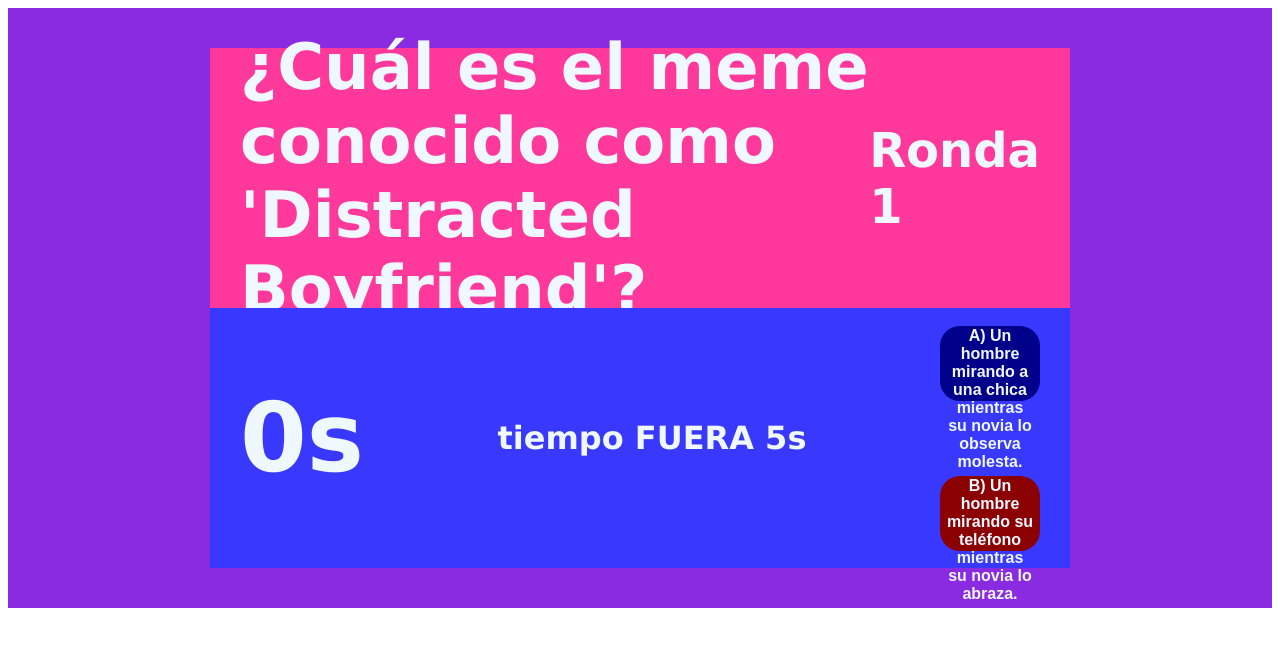
Repository: eschala/Proyecto_Clonaci-n_Kahoot_2023-2
Page: Borrador_Samir_Kahoot_NEW/Prueaba_Validar.html
The author's editor kept a copy of each file at every save. The page is drawn from the files as they stood at one save, then again after a run of saves.
The browser window is 1280 px wide. The pictures show the whole page.

Above is the page before, as saved 2023-11-29 15:16:18.

### Borrador_Samir_Kahoot_NEW/Prueaba_Validar.html
<!DOCTYPE html>
<html lang="en">

<head>
    <meta charset="UTF-8">
    <meta name="viewport" content="width=device-width, initial-scale=1.0">
    <title>Document</title>
    <style>

    </style>
    <link rel="stylesheet" href="stylePrueba.css">

</head>

<body>
    <div class="container">

        <div class="sectionContainer">

            <h1 class="tituloClass">
                pregunta
            </h1>
            <h2 class="aviso">
                ()
            </h2>

            <div class="section_Buttons">
                <div class="btn_content"><button type="button" class="btn_1 botones">opcion A</button></div>
                <div class="btn_content"><button type="button" class="btn_2 botones">opcion B</button></div>



        </div>
            </div>
            <div class="sectionContainer_2">

                <h1 class="Pregunta_S">insertar pregunta</h1>
                <h1 class="aviso_S">aviso</h1>
            </div>

    </div>

    <script src="respuesta_VALIDAR.js"></script>
</body>

</html>

### Borrador_Samir_Kahoot_NEW/stylePrueba.css
.container {
    font-family: Verdana, Geneva, Tahoma, sans-serif;

    width: 100%;
    height: 600px;
    background-color: blueviolet;

    display: flex;
    flex-direction: column;

    align-items: center;
    justify-content: center;

}

.sectionContainer {

    height: 200px;
    width: 800px;

    background-color: rgb(56, 56, 255);

    display: flex;
    justify-content: space-between;
    align-items: center;
    color: aliceblue;

    font-size: 3rem;
    padding: 30px;

    order: 1;
}
.sectionContainer_2 {

    height: 200px;
    width: 800px;

    background-color: rgb(255, 56, 156);

    display: flex;
    justify-content: space-between;
    align-items: center;
    color: aliceblue;

    font-size: 3rem;
    padding: 30px;

    order: 0;
}

.sub_Container_2 {

    height: 200px;
    width: 800px;

    background-color: red;

    display: flex;

}

.btn_content {
    height: 150px;
    width: 100px;
    display: flex;

    align-items: center;
    justify-content: center;

    cursor: pointer;
}

.btn_1 {
    width: 100%;
    height: 50%;

    background-color:darkblue;
}

.btn_2 {
    width: 100%;
    height: 50%;

    background-color:darkred;
}

.botones:hover{

    opacity: 50%;
    cursor: pointer;
}

.botones{

    font-weight: 700;


    color:aliceblue;
    font-size: 1rem;
    cursor: pointer;

    border-radius: 20px;
    border: 0px;
}

.aviso_S{
    font-family: Verdana, Geneva, Tahoma, sans-serif;
    font-size: 3rem;
}
.Pregunta_S{
    font-size: 4rem;
}

### Borrador_Samir_Kahoot_NEW/respuesta_VALIDAR.js
const container_E=document.querySelector(".container");
const sectionContainer_E=document.querySelector(".sectionContainer");
const sub_Container_2_E=document.querySelector(".sub_Container_2");
const btn_1_E=document.querySelector(".btn_1");
const btn_2_E=document.querySelector(".btn_2");
const h2_E=document.querySelector(".aviso");
const tituloClass_E=document.querySelector(".tituloClass");

/* const container_element=".container";
const sectionContainer_element=".sectionContainer";
const sub_Container_2_element=".sub_Container_2";
const btn_1_element=".btn_1";
const btn_2_element=".btn_2";
const h2_element=".aviso";
const tituloClass_element=".tituloClass";

container_element=document.querySelector(container_element);
sectionContainer_element=document.querySelector(sectionContainer_element);
sub_Container_2_element=document.querySelector(sub_Container_2_element);
btn_1_element=document.querySelector(btn_1_element);
btn_2_element=document.querySelector(btn_2_element);
h2_element=document.querySelector(h2_element);
tituloClass_element=document.querySelector(tituloClass_element);
 */
   var contar_S=0;
   var contar_R=0;
   var vacio=0;
var segundos =5;

var contar_2=0;
const intervalo=1000;

const pregunta_E=document.querySelector(".Pregunta_S");
const aviso_E=document.querySelector(".aviso_S");

h2_E.style.display="block";
h2_E.style.fontSize="2rem";

var funcionPrueba=()=>{



    segundos--;


    tituloClass_E.innerHTML=segundos+ "s";


    if(segundos==contar_R){

    contar_S++;
    vacio=contar_S-1;

        clearInterval(timeRunning);
        segundos=5;
        activateTimeOUT();
        contar_2++;
        h2_E.innerHTML="tiempo FUERA 5s";aviso_E.innerHTML="Ronda "+contar_S;

        if(contar_S==3){

            contar_S=0;
        }
    }
    else{
        h2_E.innerHTML="";

    }



    pregunta_E.innerHTML=preguntas_String[vacio]

    btn_1_E.innerHTML=respuesta_Correcta_String[vacio]
    btn_2_E.innerHTML=respuesta_String[vacio]


}





/* const timeOuter = function (){

}  */

const activateTime=()=>{
timeRunning = setInterval(funcionPrueba,intervalo);
}
const activateTimeOUT=()=>{
tiempoFuera = setTimeout(activateTime,intervalo*segundos);
}
activateTime();







const preguntas_String = [
    "¿Cuál es el meme conocido como 'Distracted Boyfriend'?",
    "¿Qué animal es el protagonista del meme 'Surprised Pikachu'?",
    "¿Quién es el protagonista del meme 'Hide the Pain Harold'?"
  ];

  const respuesta_String = [
    [ "B) Un hombre mirando su teléfono mientras su novia lo abraza."],
    ["A) Un gato."],
    [ "B) Un actor famoso."]
  ];

  const respuesta_Correcta_String = [
    "A) Un hombre mirando a una chica mientras su novia lo observa molesta.",
    "B) Un Pokémon.",
    "A) Un modelo de stock photography."];

After the next 2 saves:
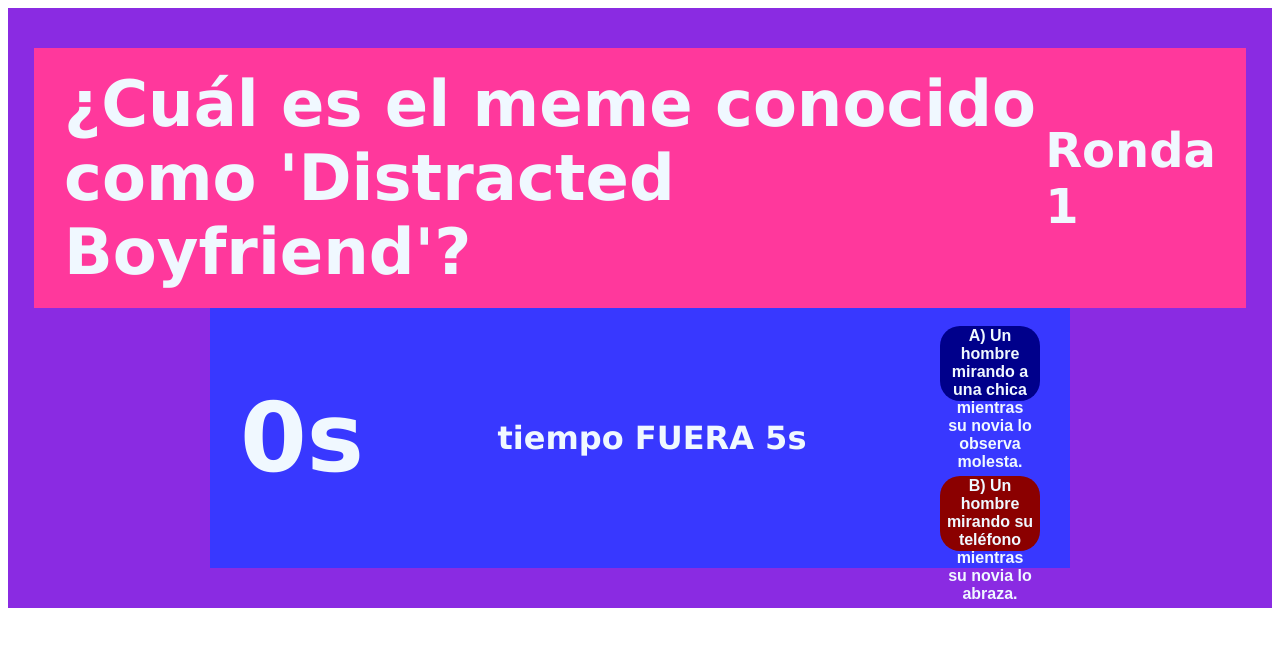
The 2 saves are shown as one change because they came seconds apart.
The last was saved 28 s later.
--- a/Borrador_Samir_Kahoot_NEW/stylePrueba.css
+++ b/Borrador_Samir_Kahoot_NEW/stylePrueba.css
@@ -33,7 +33,7 @@
 .sectionContainer_2 {
 
     height: 200px;
-    width: 800px;
+    width: 90vw;
 
     background-color: rgb(255, 56, 156);
 
